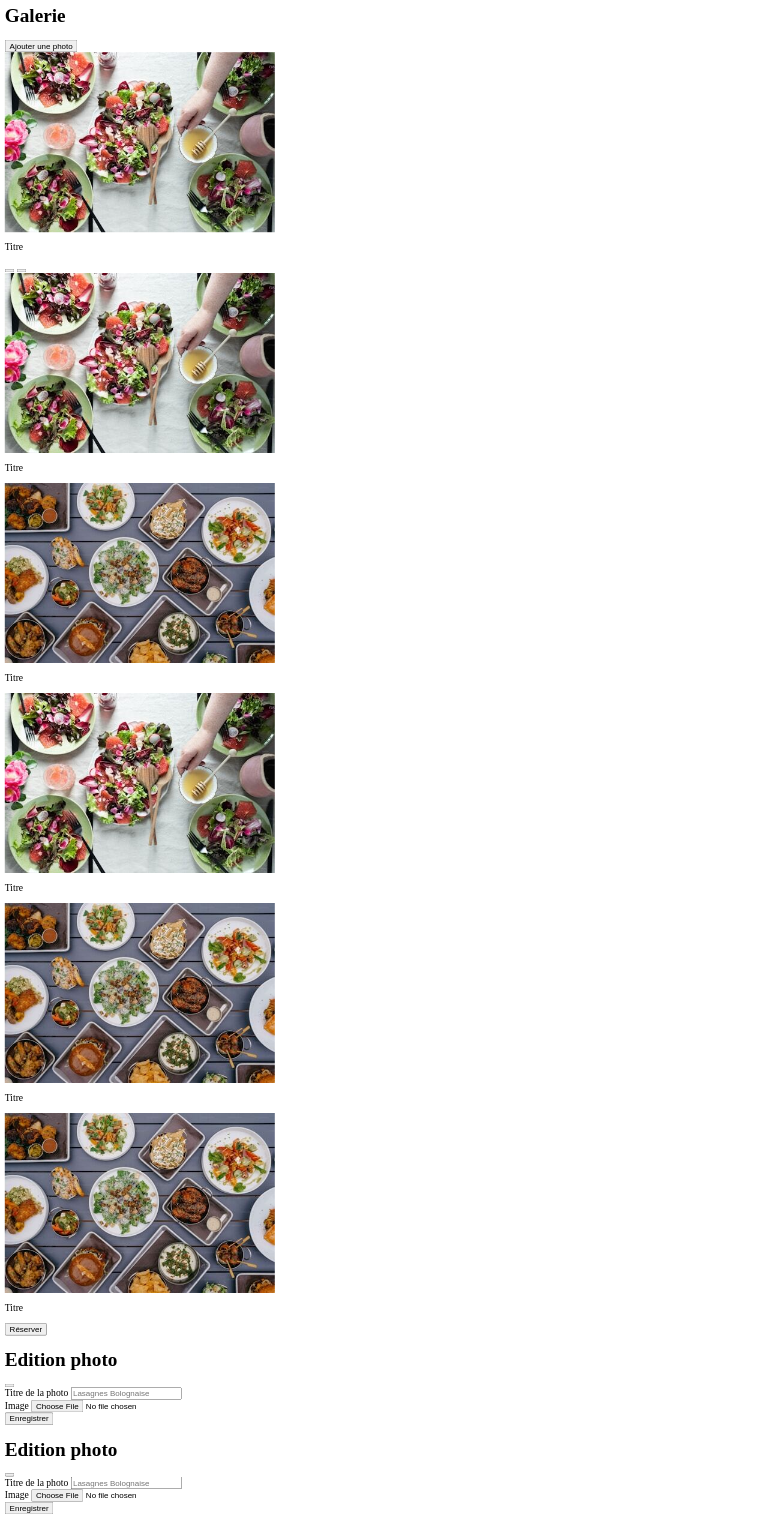
Repository: lemonhao9/QuaiAntiqueRestaurantFront
Page: pages/galerie.html
An editor plug-in stored every save of this project. The page is shown before and after the next save, followed by the edit.
The browser window is 1280 px wide. The pictures show the whole page, at 60% of full size.

Above is the page before, as saved 2025-01-24 14:57:26.

After the next save:
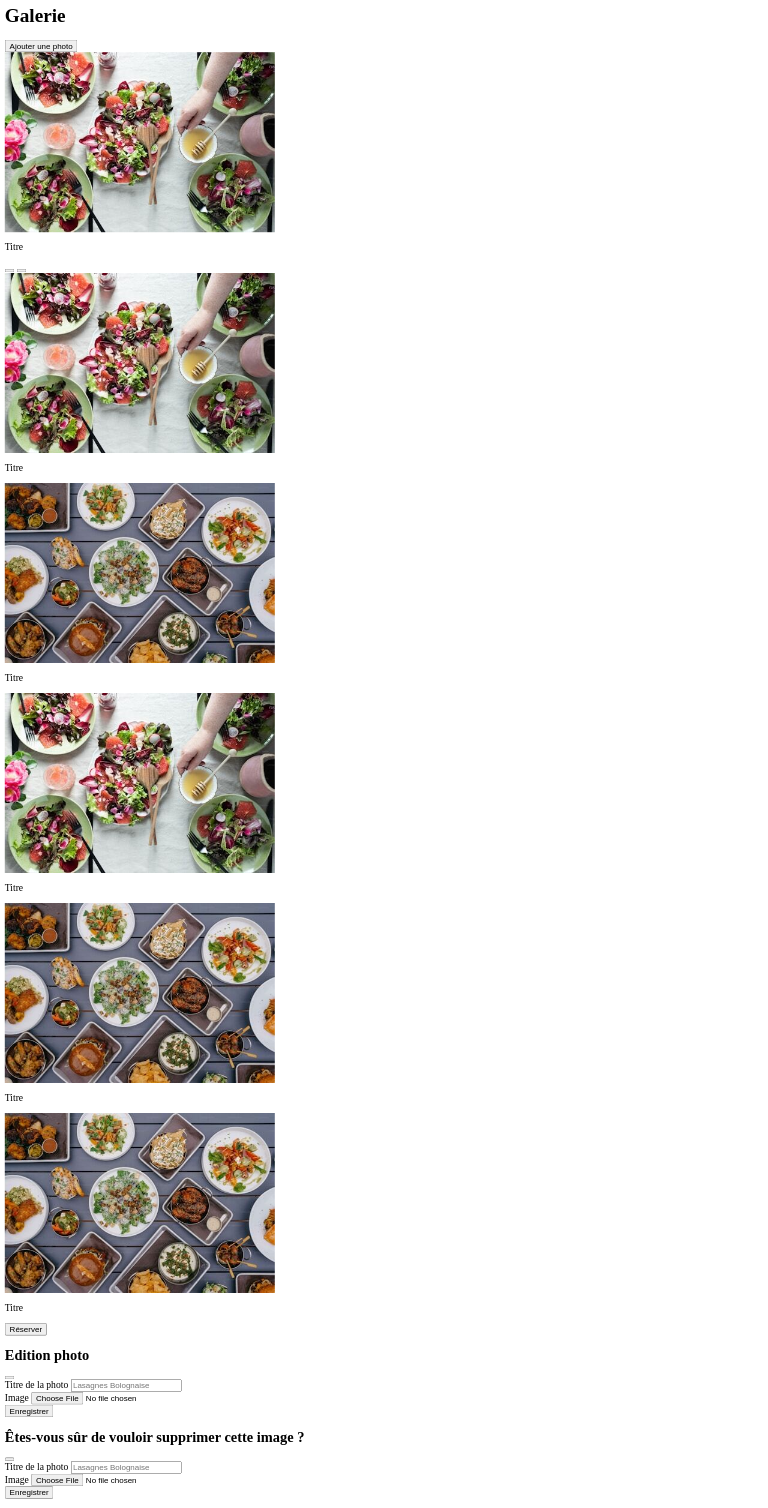
Saved 2 min 14 s later.
--- a/pages/galerie.html
+++ b/pages/galerie.html
@@ -60,7 +60,7 @@
     <div class="modal-dialog">
       <div class="modal-content">
         <div class="modal-header">
-          <h1 class="modal-title fs-5" id="EditionPhotoModal">Edition photo</h1>
+          <h2 class="modal-title fs-5" id="EditionPhotoModal">Edition photo</h2>
           <button type="button" class="btn-close" data-bs-dismiss="modal" aria-label="Close"></button>
         </div>
         <div class="modal-body">
@@ -87,7 +87,7 @@
     <div class="modal-dialog">
       <div class="modal-content">
         <div class="modal-header">
-          <h1 class="modal-title fs-5" id="DeletePhotoModal">Edition photo</h1>
+          <h2 class="modal-title fs-5" id="DeletePhotoModal">Êtes-vous sûr de vouloir supprimer cette image ?</h2>
           <button type="button" class="btn-close" data-bs-dismiss="modal" aria-label="Close"></button>
         </div>
         <div class="modal-body">
